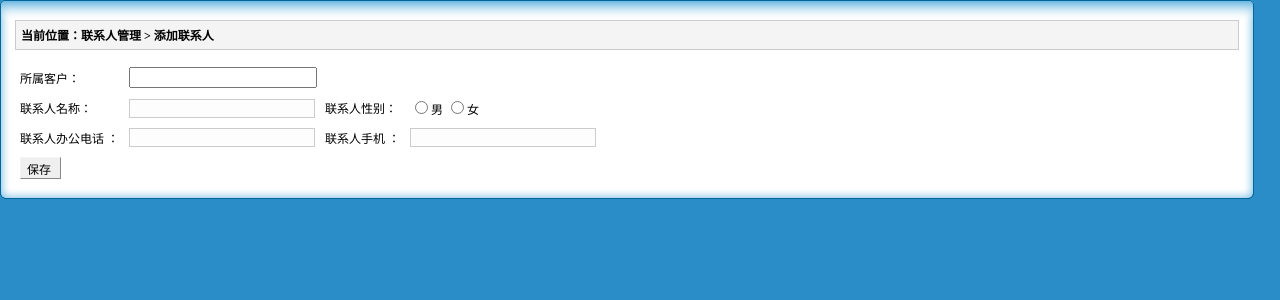
Repository: ChetWei/eclipse-workspace
Page: http://localhost/SSH_CRM/jsp/linkman/add.jsp
These files come from the project's save history. The page is drawn as it stood at one moment and after the next save; the edit follows.
The browser window is 1280 px wide. The pictures show the whole page.
The page is served by Tomcat 9. Nobody is signed in. The application's start-up code is not run. Other server files are loaded and not shown.

Above is the page before, as saved 2018-08-25 02:44:52.

### SSH_CRM/WebContent/jsp/linkman/add.jsp
<%@ page language="java" contentType="text/html; charset=UTF-8"
	pageEncoding="UTF-8"%>
<!DOCTYPE html PUBLIC "-//W3C//DTD HTML 4.01 Transitional//EN" "http://www.w3.org/TR/html4/loose.dtd">
<html>
<head>
<TITLE>添加联系人</TITLE>
<meta http-equiv="Content-Type" content="text/html; charset=UTF-8">
<LINK href="css/Style.css"
	type=text/css rel=stylesheet>
<LINK href="css/Manage.css"
	type=text/css rel=stylesheet>
<script type="text/javascript" src="js/jquery-3.3.1.min.js"></script>

<META content="MSHTML 6.00.2900.3492" name=GENERATOR>
</HEAD>
<BODY>
	<FORM id=form1 name=form1
		action="linkman_save.action"
		method=post>


		<TABLE cellSpacing=0 cellPadding=0 width="98%" border=0>
			<TBODY>
				<TR>
					<TD width=15><IMG
						src="images/new_019.jpg"
						border=0></TD>
					<TD width="100%"
						background="/images/new_020.jpg"
						height=20></TD>
					<TD width=15><IMG
						src="images/new_021.jpg"
						border=0></TD>
				</TR>
			</TBODY>
		</TABLE>
		<TABLE cellSpacing=0 cellPadding=0 width="98%" border=0>
			<TBODY>
				<TR>
					<TD width=15 background=images/new_022.jpg><IMG
						src="images/new_022.jpg"
						border=0></TD>
					<TD vAlign=top width="100%" bgColor=#ffffff>
						<TABLE cellSpacing=0 cellPadding=5 width="100%" border=0>
							<TR>
								<TD class=manageHead>当前位置：联系人管理 &gt; 添加联系人</TD>
							</TR>
							<TR>
								<TD height=2></TD>
							</TR>
						</TABLE>
						<TABLE cellSpacing=0 cellPadding=5 border=0>
							<tr>
								<td>所属客户：</td>
								<td colspan="3"><input type="text" name="lkm_cust_id"
									style="WIDTH: 180px" />
								</td>
							</tr>
							<TR>
								<td>联系人名称：</td>
								<td><INPUT class=textbox id=sChannel2 style="WIDTH: 180px"
									maxLength=50 name="lkm_name"></td>
								<td>联系人性别：</td>
								<td><input type="radio" value="1" name="lkm_gender">男
									<input type="radio" value="2" name="lkm_gender">女
								</td>
							</TR>
							<TR>
								<td>联系人办公电话 ：</td>
								<td><INPUT class=textbox id=sChannel2 style="WIDTH: 180px"
									maxLength=50 name="lkm_phone">
								</td>
								<td>联系人手机 ：</td>
								<td><INPUT class=textbox id=sChannel2 style="WIDTH: 180px"
									maxLength=50 name="lkm_mobile">
								</td>
							</TR>
							<tr>
								<td rowspan=2><INPUT class=button id=sButton2 type=submit
									value="保存 " name=sButton2>
								</td>
							</tr>
						</TABLE>


					</TD>
					<TD width=15
						background="images/new_023.jpg">
						<IMG src="images/new_023.jpg"
						border=0>
					</TD>
				</TR>
			</TBODY>
		</TABLE>
		<TABLE cellSpacing=0 cellPadding=0 width="98%" border=0>
			<TBODY>
				<TR>
					<TD width=15><IMG
						src="images/new_024.jpg"
						border=0></TD>
					<TD align=middle width="100%"
						background="images/new_025.jpg"
						height=15></TD>
					<TD width=15><IMG
						src="images/new_026.jpg"
						border=0></TD>
				</TR>
			</TBODY>
		</TABLE>
	</FORM>
</BODY>
</HTML>

### SSH_CRM/WebContent/css/Style.css
BODY {
	PADDING-RIGHT: 0px; PADDING-LEFT: 0px; PADDING-BOTTOM: 0px; MARGIN: 0px; PADDING-TOP: 0px
}
TD {
	FONT-SIZE: 12px; FONT-FAMILY: 宋体
}
DIV {
	FONT-SIZE: 12px; FONT-FAMILY: 宋体
}
P {
	FONT-SIZE: 12px; FONT-FAMILY: 宋体
}
SPAN {
	FONT-SIZE: 12px; FONT-FAMILY: 宋体
}
A {
	FONT-SIZE: 12px; FONT-FAMILY: 宋体
}
INPUT {
	FONT-SIZE: 12px; FONT-FAMILY: 宋体
}
TEXTAREA {
	FONT-SIZE: 12px; FONT-FAMILY: 宋体
}
SELECT {
	FONT-SIZE: 12px; FONT-FAMILY: 宋体
}
TABLE {
	BORDER-COLLAPSE: collapse
}
A:link {
	COLOR: #0055bb; TEXT-DECORATION: none
}
A:visited {
	COLOR: #0077bb; TEXT-DECORATION: none
}
A:hover {
	COLOR: #ff0000; TEXT-DECORATION: underline
}
.hidden {
	DISPLAY: none
}
.display {
	DISPLAY: block
}
.textbox {
	BORDER-RIGHT: #cccccc 1px solid; BORDER-TOP: #cccccc 1px solid; BORDER-LEFT: #cccccc 1px solid; COLOR: #333333; BORDER-BOTTOM: #cccccc 1px solid; HEIGHT: 17px; BACKGROUND-COLOR: #fdfdfd
}
.textarea {
	BORDER-RIGHT: #cccccc 1px solid; BORDER-TOP: #cccccc 1px solid; BORDER-LEFT: #cccccc 1px solid; COLOR: #333333; BORDER-BOTTOM: #cccccc 1px solid; BACKGROUND-COLOR: #fdfdfd
}
.button {
	BORDER-RIGHT: #888888 1px solid; BORDER-TOP: #f4f4f4 1px solid; BORDER-LEFT: #f4f4f4 1px solid; COLOR: #000000; PADDING-TOP: 2px; BORDER-BOTTOM: #888888 1px solid
}
.fileupload {
	BORDER-RIGHT: #eeeeee 1px solid; BORDER-TOP: #999999 1px solid; FONT-SIZE: 12px; BORDER-LEFT: #999999 1px solid; COLOR: #333333; BORDER-BOTTOM: #eeeeee 1px solid
}
.redinfo {
	COLOR: #ff0000
}

### SSH_CRM/WebContent/css/Manage.css
BODY {
	PADDING-RIGHT: 0px; PADDING-LEFT: 0px; PADDING-BOTTOM: 0px; MARGIN: 0px; PADDING-TOP: 0px; BACKGROUND-COLOR: #2a8dc8
}
BODY {
	FONT-SIZE: 12px; FONT-FAMILY: 宋体
}
TD {
	FONT-SIZE: 12px; FONT-FAMILY: 宋体
}
DIV {
	FONT-SIZE: 12px; FONT-FAMILY: 宋体
}
P {
	FONT-SIZE: 12px; FONT-FAMILY: 宋体
}
SPAN {
	FONT-SIZE: 12px; FONT-FAMILY: 宋体
}
INPUT {
	FONT-SIZE: 12px; FONT-FAMILY: 宋体
}
TEXTAREA {
	FONT-SIZE: 12px; FONT-FAMILY: 宋体
}
SELECT {
	FONT-SIZE: 12px; FONT-FAMILY: 宋体
}
A {
	FONT-SIZE: 12px; FONT-FAMILY: 宋体
}
.manageHead {
	BORDER-RIGHT: #cccccc 1px solid; BORDER-TOP: #cccccc 1px solid; FONT-WEIGHT: bold; BORDER-LEFT: #cccccc 1px solid; COLOR: #000000; BORDER-BOTTOM: #cccccc 1px solid; BACKGROUND-COLOR: #f4f4f4
}
.manageHeadContent {
	BORDER-RIGHT: #eeeeee 1px solid; BORDER-TOP: #eeeeee 1px solid; BORDER-LEFT: #eeeeee 1px solid; COLOR: #333333; LINE-HEIGHT: 16pt; BORDER-BOTTOM: #eeeeee 1px solid; BACKGROUND-COLOR: #fdfdfd
}
.manageTitle {
	FONT-WEIGHT: bold; BACKGROUND-COLOR: #fbfbfb; TEXT-ALIGN: right
}
.manageMain {
	PADDING-LEFT: 10px; FONT-WEIGHT: bold; COLOR: #0055bb; HEIGHT: 28px; BACKGROUND-COLOR: #eeeeee
}
.productHead {
	BORDER-RIGHT: #cccccc 1px solid; BORDER-TOP: #cccccc 1px solid; FONT-WEIGHT: bold; BORDER-LEFT: #cccccc 1px solid; WIDTH: 80px; CURSOR: hand; COLOR: #0055bb; BORDER-BOTTOM: #cccccc 1px solid; BACKGROUND-COLOR: #eeeeee; TEXT-ALIGN: center
}
.productHeadClick {
	BORDER-RIGHT: #999999 1px solid; BORDER-TOP: #999999 1px solid; FONT-WEIGHT: bold; BORDER-LEFT: #999999 1px solid; WIDTH: 80px; CURSOR: hand; COLOR: #000000; BORDER-BOTTOM: #999999 1px solid; BACKGROUND-COLOR: #8fcfff; TEXT-ALIGN: center
}
.labelParent {
	PADDING-RIGHT: 5px; PADDING-LEFT: 5px; FONT-WEIGHT: bold; PADDING-BOTTOM: 5px; COLOR: #0055bb; PADDING-TOP: 5px
}
.menuBig {
	BORDER-RIGHT: #d8d0c8 0px solid; BORDER-TOP: #d8d0c8 0px solid; PADDING-LEFT: 10px; FONT-WEIGHT: bold; BORDER-LEFT: #d8d0c8 0px solid; CURSOR: hand; COLOR: #ffffff; BORDER-BOTTOM: #d8d0c8 0px solid; HEIGHT: 24px; BACKGROUND-COLOR: #666666
}
.menuSmall {
	BORDER-BOTTOM: #dddddd 1px solid; BACKGROUND-COLOR: #eeeeee
}
A.menuTop {
	BORDER-RIGHT: #999999 1px solid; PADDING-RIGHT: 4px; BORDER-TOP: #dddddd 1px solid; PADDING-LEFT: 4px; PADDING-BOTTOM: 4px; BORDER-LEFT: #dddddd 1px solid; PADDING-TOP: 4px; BORDER-BOTTOM: #999999 1px solid; BACKGROUND-COLOR: #ffffff
}
.orderTitle {
	FONT-WEIGHT: bold; COLOR: #ffffff; BACKGROUND-COLOR: #666666; TEXT-ALIGN: center
}
.orderFlagTitle {
	PADDING-LEFT: 5px; FONT-WEIGHT: bold; COLOR: #ffffff; HEIGHT: 24px; BACKGROUND-COLOR: #666666
}
.noDataDiv {
	BORDER-RIGHT: #cccccc 1px solid; PADDING-RIGHT: 15px; BORDER-TOP: #cccccc 1px solid; PADDING-LEFT: 15px; FONT-WEIGHT: bold; FONT-SIZE: 12px; PADDING-BOTTOM: 15px; BORDER-LEFT: #cccccc 1px solid; COLOR: #ff0000; PADDING-TOP: 15px; BORDER-BOTTOM: #cccccc 1px solid
}
.yes {
	FONT-WEIGHT: bold; COLOR: #0077bb
}
.no {
	FONT-WEIGHT: bold; COLOR: #ff0000
}
.textbox {
	HEIGHT: 15px
}
.textarea {

}
.button {
	HEIGHT: 22px
}
.fileupload {
	HEIGHT: 21px
}

Loaded but not shown: SSH_CRM/WebContent/js/jquery-3.3.1.min.js (library)

After the next save:
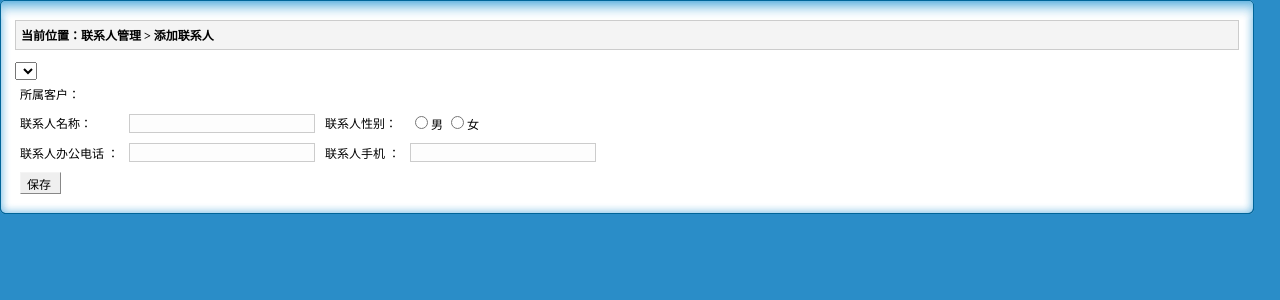
Saved 3 min 6 s later.
--- a/SSH_CRM/WebContent/jsp/linkman/add.jsp
+++ b/SSH_CRM/WebContent/jsp/linkman/add.jsp
@@ -52,9 +52,9 @@
 						<TABLE cellSpacing=0 cellPadding=5 border=0>
 							<tr>
 								<td>所属客户：</td>
-								<td colspan="3"><input type="text" name="lkm_cust_id"
-									style="WIDTH: 180px" />
-								</td>
+								<select>
+									<option ></option>
+								</select>
 							</tr>
 							<TR>
 								<td>联系人名称：</td>
